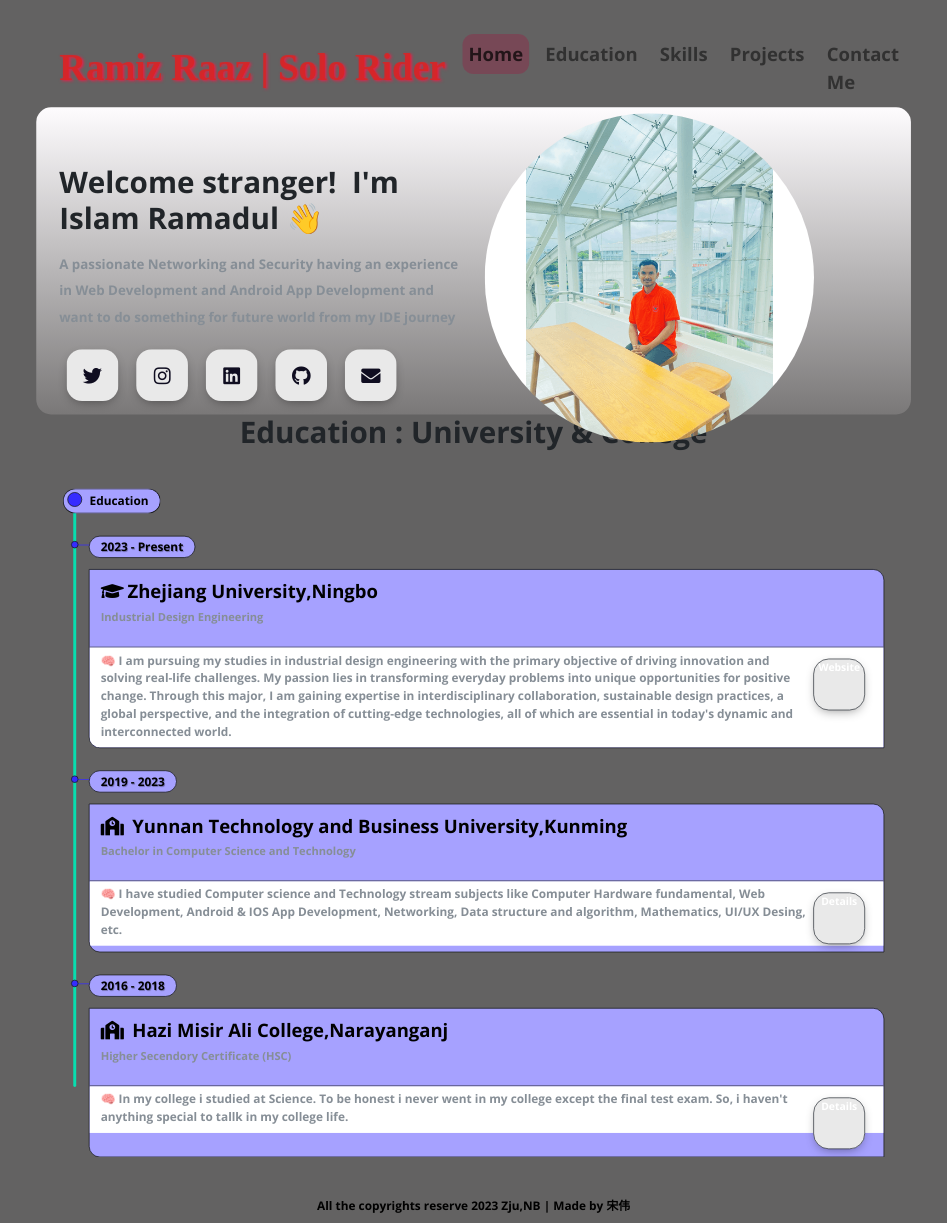
Repository: ramizraaz/ZjuProtfolio
Page: index.html
These files come from the project's save history. The page is drawn as it stood at one moment and after the next save; the edit follows.
The browser window is 1280 px wide. The pictures show the whole page, at 74% of full size.
The pointer rests on the first visible `.headerachor`.
Some web fonts or font styles are not loaded; a fallback is used. Some web libraries are served in a nearby version.

Above is the page before, as saved 2023-10-08 18:35:49.

### index.html
<!DOCTYPE html>
<html lang="en" dir="ltr">

<head>
    <meta charset="utf-8">
    <meta name="viewport" content="width=device-width,initial-scale=1">
    <title>宋伟's Profile | Personal website</title>
    <link rel="icon" href="Image/RR.png">
    <link rel="stylesheet" href="https://stackpath.bootstrapcdn.com/bootstrap/4.5.0/css/bootstrap.min.css" integrity="sha384-9aIt2nRpC12Uk9gS9baDl411NQApFmC26EwAOH8WgZl5MYYxFfc+NcPb1dKGj7Sk" crossorigin="anonymous">
    <link rel="stylesheet" href="style.css">
    <link href="https://fonts.googleapis.com/css2?family=Arizonia&family=Montserrat:wght@400;800&display=swap" rel="stylesheet">
    <link href="https://fonts.googleapis.com/css2?family=Open+Sans:wght@700&display=swap" rel="stylesheet">
    <link rel="stylesheet" href="https://use.fontawesome.com/releases/v5.4.1/css/all.css" />
    <link rel="stylesheet" href="https://cdnjs.cloudflare.com/ajax/libs/font-awesome/5.13.1/css/all.min.css">
    <script src="https://code.jquery.com/jquery-3.5.1.slim.min.js" integrity="sha384-DfXdz2htPH0lsSSs5nCTpuj/zy4C+OGpamoFVy38MVBnE+IbbVYUew+OrCXaRkfj" crossorigin="anonymous"></script>
    <script src="https://cdn.jsdelivr.net/npm/popper.js@1.16.0/dist/umd/popper.min.js" integrity="sha384-Q6E9RHvbIyZFJoft+2mJbHaEWldlvI9IOYy5n3zV9zzTtmI3UksdQRVvoxMfooAo" crossorigin="anonymous"></script>
    <script src="https://stackpath.bootstrapcdn.com/bootstrap/4.5.0/js/bootstrap.min.js" integrity="sha384-OgVRvuATP1z7JjHLkuOU7Xw704+h835Lr+6QL9UvYjZE3Ipu6Tp75j7Bh/kR0JKI" crossorigin="anonymous"></script>
</head>

<body class="container-fluid body_section">
    <header>
        <nav class="navbar navbar-expand-lg navbar-light ">
            <a class="navbar-brand brand-name" href="#">Ramiz Raaz | Solo Rider</a>
            <button class="navbar-toggler" type="button" data-toggle="collapse" data-target="#navbarSupportedContent" aria-controls="navbarSupportedContent" aria-expanded="false" aria-label="Toggle navigation">
                  <span class="navbar-toggler-icon"></span>
                </button>
            <div class="collapse navbar-collapse" id="navbarSupportedContent">
                <ul class="navbar-nav ml-auto">
                    <li class="nav-item">
                        <a class="nav-link headerachor" href="index.html">Home</a>
                    </li>

                    <li class="nav-item">
                        <a class="nav-link headerachor" href="#Education">Education</a>
                    </li>
                    <li class="nav-item">
                        <a class="nav-link headerachor" href="">Skills</a>
                    </li>
                    <li class="nav-item">
                        <a class="nav-link headerachor" href="">Projects</a>
                    </li>
                    <li class="nav-item">
                        <a class="nav-link headerachor" href="">Contact Me</a>
                    </li>
                </ul>
        </nav>
    </header>
    <!-- Intro Section -->
    <section id="Home">
        <div class="row column1">
            <div class="col-lg-6 col-md-6 first-image">
                <img class="boyimage" src="img/me.gif" alt="">
            </div>
            <div class="col-lg-6 section-1">
                <h1 class="Hello">Welcome stranger!&nbsp&nbspI'm Islam Ramadul <span class="wave">👋</span></h1>
                <p>A passionate Networking and Security having an experience in Web Development and Android App Development and want to do something for future world from my IDE journey</p>
                <div class=social_media_icon>
                    <a class="btn" href="https://twitter.com/ramiz_raaz" target=_blank>
                        <i class="fab fa-twitter"></i>
                    </a>
                    <a class="btn" href="https://www.instagram.com/ramiz_raaz/" target=_blank>
                        <i class="fab fa-instagram"></i>
                    </a>
                    <a class="btn" href="https://www.linkedin.com/" target=_blank>
                        <i class="fab fa-linkedin" aria-hidden="true"></i>
                    </a>
                    <a class="btn" href="https://github.com/ramizraaz" target=_blank>
                        <i class="fab fa-github"></i>
                    </a>
                    <a class="btn" href="mailto:romiz.romeo.raaz@gmail.com/" target=_blank>
                        <i class="fa fa-envelope"></i>
                    </a>
                </div>
            </div>
    </section>
    <!-- Education Section -->
    <section id="Education">
        <div class="container">
            <div class="Heading">
                <h1>Education : University & College</h1>
                <br>
            </div>
            <div class="timeline">
                <div class="timeline-month">
                    Education
                </div>
                <div class="timeline-section">
                    <div class="timeline-date">
                        2023 - Present
                    </div>
                    <div class="row">
                        <div class="col-lg">
                            <div class="timeline-box">
                                <div class="box-title">
                                    <i class="fas fa-graduation-cap" aria-hidden="true"></i>Zhejiang University,Ningbo
                                    <p class="degree">Industrial Design Engineering</p>
                                </div>
                                <div class="box-content">
                                    <a class="btn btn-sm btn-dark float-right" role="button" href="https://www.zju.edu.cn/english/" target=_blank style="color: white;">Website</a>
                                    <div class="box-item">🧠 I am pursuing my studies in industrial design engineering with the primary objective of driving innovation and solving real-life challenges. My passion lies in transforming everyday problems into unique opportunities
                                        for positive change. Through this major, I am gaining expertise in interdisciplinary collaboration, sustainable design practices, a global perspective, and the integration of cutting-edge technologies, all of which
                                        are essential in today's dynamic and interconnected world.</div>
                                </div>
                            </div>
                        </div>
                    </div>
                </div>

                <div class="timeline-section">
                    <div class="timeline-date">
                        2019 - 2023
                    </div>
                    <div class="row">
                        <div class="col-lg">
                            <div class="timeline-box">
                                <div class="box-title">
                                    <i class="fas fa-school" aria-hidden="true"></i> Yunnan Technology and Business University,Kunming
                                    <p class="degree">Bachelor in Computer Science and Technology</p>
                                </div>
                                <div class="box-content">
                                    <a class="btn btn-sm btn-dark float-right" role="button" style="color: white;">Details</a>
                                    <div class="box-item">🧠 I have studied Computer science and Technology stream subjects like Computer Hardware fundamental, Web Development, Android & IOS App Development, Networking, Data structure and algorithm, Mathematics, UI/UX Desing,
                                        etc.
                                    </div>

                                </div>
                            </div>
                        </div>
                    </div>
                </div>

                <div class="timeline-section">
                    <div class="timeline-date">
                        2016 - 2018
                    </div>
                    <div class="row">
                        <div class="col-lg">
                            <div class="timeline-box">
                                <div class="box-title">
                                    <i class="fas fa-school" aria-hidden="true"></i> Hazi Misir Ali College,Narayanganj
                                    <p class="degree"> Higher Secendory Certificate (HSC)</p>
                                </div>
                                <div class="box-content">
                                    <a class="btn btn-sm btn-dark float-right" role="button" style="color: white;">Details</a>
                                    <div class="box-item">🧠 In my college i studied at Science. To be honest i never went in my college except the final test exam. So, i haven't anything special to tallk in my college life.</div>
                                    <div class="box-item"><b>

                                </div>
                            </div>
                        </div>
                    </div>
                </div>
            </div>
        </div>
    </section>

    </form>
    <footer class=footer>All the copyrights reserve 2023 Zju,NB | Made by 宋伟</footer>
</body>

</html>

### style.css
body {
    font-family: 'Open Sans', sans-serif;
    margin: 0;
    background: #b1adad;
    animation: pulse 10s infinite;
}

@keyframes pulse {
    0% {
        background: #F2F2F2;
    }
    10% {
        background: #FFFFFF;
    }
    20% {
        background: #d6d6d6e2;
        ;
    }
    30% {
        background: #acacacd8;
    }
    40% {
        background: #6b6b6bcf;
    }
    50% {
        background: #484848;
    }
    60% {
        background: #292929c8;
    }
    70% {
        background: #2f2e2ebc;
    }
    80% {
        background: #242424bb;
    }
    90% {
        background: #1e1e1ef7;
    }
    100% {
        background: #a6a6a6;
    }
}

.body_section {
    padding: 3% 5% 1%;
}

p {
    font-size: 18px;
}

a {
    text-decoration: none;
}

@font-face {
    font-family: "Lovely Home";
    src: local('Lovely Home'), url("Image/LovelyHome-9aBZ.ttf") format('truetype');
}

.brand-name,
.navbar-light .navbar-brand {
    font-family: "Lovely Home";
    font-size: 50px;
    font-weight: bold;
    color: #d72525e4;
    text-shadow: 2px 2px 4px #e71f4a;
}

.headerachor {
    color: black;
    margin: 0 7px 0 7px;
    border-radius: 15px;
    font-size: 25px;
}

.headerachor:hover {
    background-color: #8c2f4b82;
}


/* Section 1 */

.column1 {
    background-image: linear-gradient(#fefcfe, #7a7878);
    padding: 8px 16px;
    border-radius: 20px;
}

.section-1 {
    margin-top: 6%;
    text-align: left;
    position: relative;
}

span.wave {
    animation-name: wave-animation;
    animation-duration: 2.5s;
    animation-iteration-count: infinite;
    transform-origin: 70% 70%;
    display: inline-block;
}

@keyframes wave-animation {
    0% {
        transform: rotate( 0.0deg)
    }
    10% {
        transform: rotate(-10.0deg)
    }
    20% {
        transform: rotate( 12.0deg)
    }
    30% {
        transform: rotate(-10.0deg)
    }
    40% {
        transform: rotate( 9.0deg)
    }
    50% {
        transform: rotate( 0.0deg)
    }
    100% {
        transform: rotate( 0.0deg)
    }
}

.first-image {
    position: absolute;
    right: 0;
}

.boyimage {
    height: 445px;
    border-radius: 50%;
}

@media only screen and (max-width: 1183px) {
    .first-image {
        right: 160px;
    }
}

.boy {
    width: 100%;
    height: 100%;
    animation: bounce 1.2s;
    animation-direction: alternate;
    animation-iteration-count: infinite;
}

@keyframes bounce {
    from {
        transform: translate3d(0, 0, 0);
    }
    to {
        transform: translate3d(0, 20px, 0);
    }
}

.Image-boy {
    text-align: center;
    align-items: center;
}

@media only screen and (min-width:951px) {
    .Image-boy {
        display: none;
    }
}

.Hello {
    margin-bottom: 20px;
}

p {
    line-height: 2;
    color: #868e96;
}

.btn {
    display: inline-block;
    width: 4.37rem;
    height: 4.37rem;
    background: #e9e9e9;
    padding: 0px 0px;
    margin: 10px;
    border-radius: 30%;
    box-shadow: 0 5px 15px -5px #00000070;
    color: #0f0d20;
    overflow: hidden;
    position: relative;
}

.btn i {
    line-height: 70px;
    font-size: 1.625rem;
    transition: 0.2s linear;
}

.btn:hover i {
    transform: scale(1.3);
    color: #f1f1f1;
}

.btn::before {
    content: "";
    position: absolute;
    width: 120%;
    height: 120%;
    background: #46088d;
    transform: rotate(45deg);
    left: -110%;
    top: 90%;
}

.btn:hover::before {
    animation: aaa 0.7s 1;
    top: -10%;
    left: -10%;
}

@media only screen and (max-width:470px) {
    .btn {
        width: 2.5rem;
        height: 2.5rem;
        margin: 7px;
    }
    .btn i {
        line-height: 40px;
        font-size: 1em;
    }
}


/* Education CSS */

.Heading {
    text-align: center;
}

.timeline {
    margin-top: 20px;
    position: relative;
}

.timeline:before {
    position: absolute;
    content: '';
    width: 4px;
    height: calc(100% - 100px);
    background: #08ddaf;
    left: 14px;
    top: 5px;
    border-radius: 4px;
}

.timeline-month {
    color: black;
    position: relative;
    padding: 4px 15px 4px 35px;
    background-color: #a6a1ff;
    display: inline-block;
    width: auto;
    border-radius: 40px;
    border: 1px solid #17191B;
    border-right-color: black;
    margin-bottom: 30px;
}

.timeline-month span {
    position: absolute;
    top: -1px;
    left: calc(100% - 100px);
    z-index: -1;
    white-space: nowrap;
    display: inline-block;
    background-color: #111;
    padding: 4px 10px 4px 20px;
    border-top-right-radius: 40px;
    border-bottom-right-radius: 40px;
    border: 1px solid black;
    box-sizing: border-box;
}

.timeline-month:before {
    position: absolute;
    content: '';
    width: 20px;
    height: 20px;
    background: #362CFF;
    border-radius: 100%;
    border: 1px solid #17191B;
    left: 5px;
}

.timeline-section {
    padding-left: 35px;
    display: block;
    position: relative;
    margin-bottom: 30px;
}

.timeline-date {
    margin-bottom: 15px;
    padding: 2px 15px;
    background: #a6a1ff;
    position: relative;
    display: inline-block;
    border-radius: 20px;
    border: 1px solid #17191B;
    color: black;
    text-shadow: 1px 1px 1px rgba(0, 0, 0, 0.3);
}

.timeline-section:before {
    content: '';
    position: absolute;
    width: 30px;
    height: 1px;
    background-color: #362CFF;
    top: 12px;
    left: 20px;
}

.timeline-section:after {
    content: '';
    position: absolute;
    width: 10px;
    height: 10px;
    background: #362CFF;
    top: 7px;
    left: 11px;
    border: 1px solid #17191B;
    border-radius: 100%;
}

.timeline-box {
    position: relative;
    color: black;
    background-color: #a6a1ff;
    border-radius: 15px;
    border-top-left-radius: 0px;
    border-bottom-right-radius: 0px;
    border: 1px solid #17191B;
    transition: all 0.3s ease;
    overflow: hidden;
}

.box-icon {
    position: absolute;
    right: 5px;
    top: 0px;
}

.box-title {
    padding: 10px 15px;
    font-size: 25px;
    border-bottom: 1px solid #17191B;
}

.degree {
    font-size: 15px;
}

.box-title i {
    margin-right: 5px;
}

.box-content {
    padding: 5px 15px;
    background-color: white;
}

.box-item {
    margin-bottom: 5px;
    color: #868e96;
    font-weight: 400;
}

.certificate {
    padding-top: 20px;
}

.certificate-text {
    text-align: center;
}

.box-shadow {
    box-shadow: 5px 5px 5px #d9dbdf;
}

footer {
    padding-top: 2%;
    color: #000000;
    text-align: center;
}

After the next save:
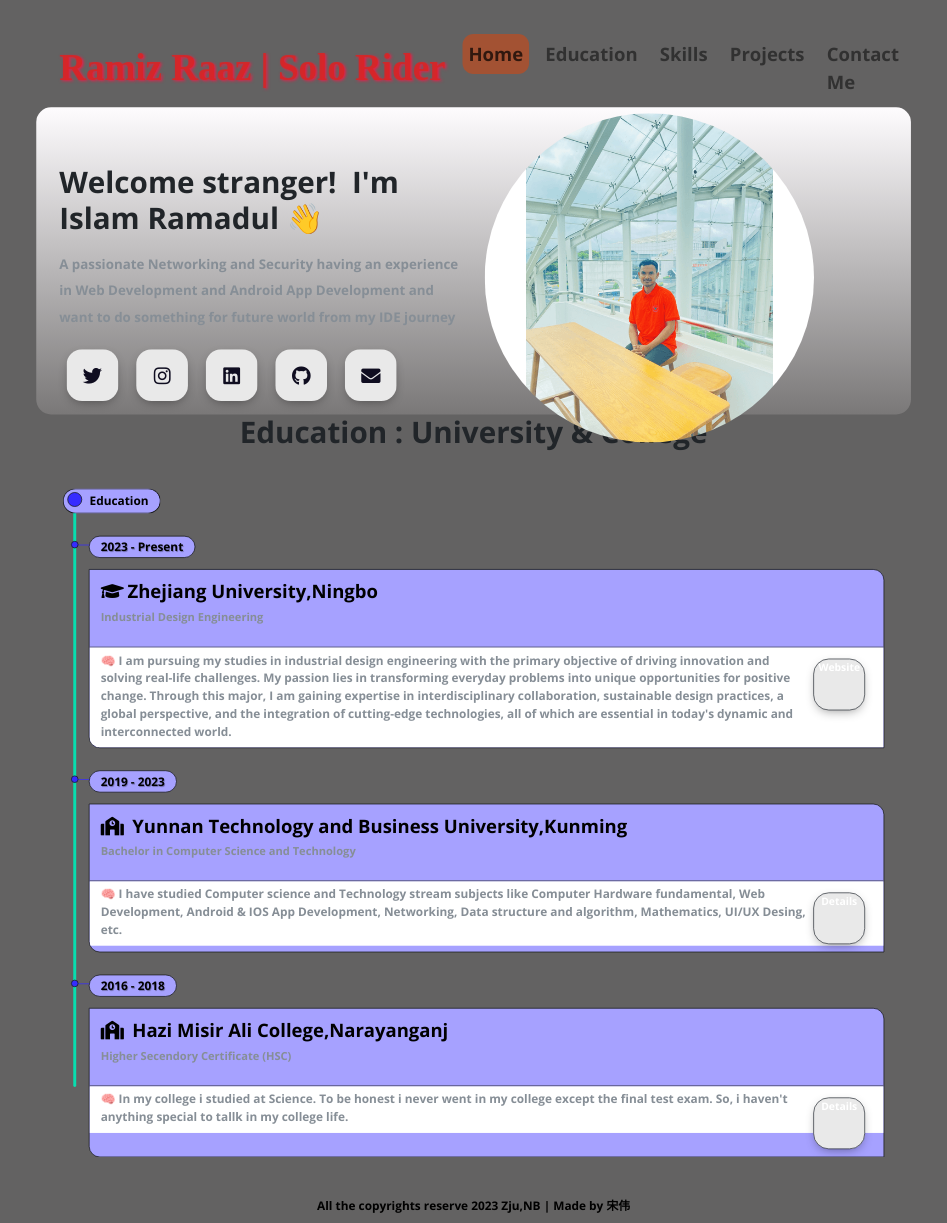
Saved 24 s later.
--- a/style.css
+++ b/style.css
@@ -76,7 +76,7 @@ a {
 }
 
 .headerachor:hover {
-    background-color: #8c2f4b82;
+    background-color: #e2440682;
 }
 
 
